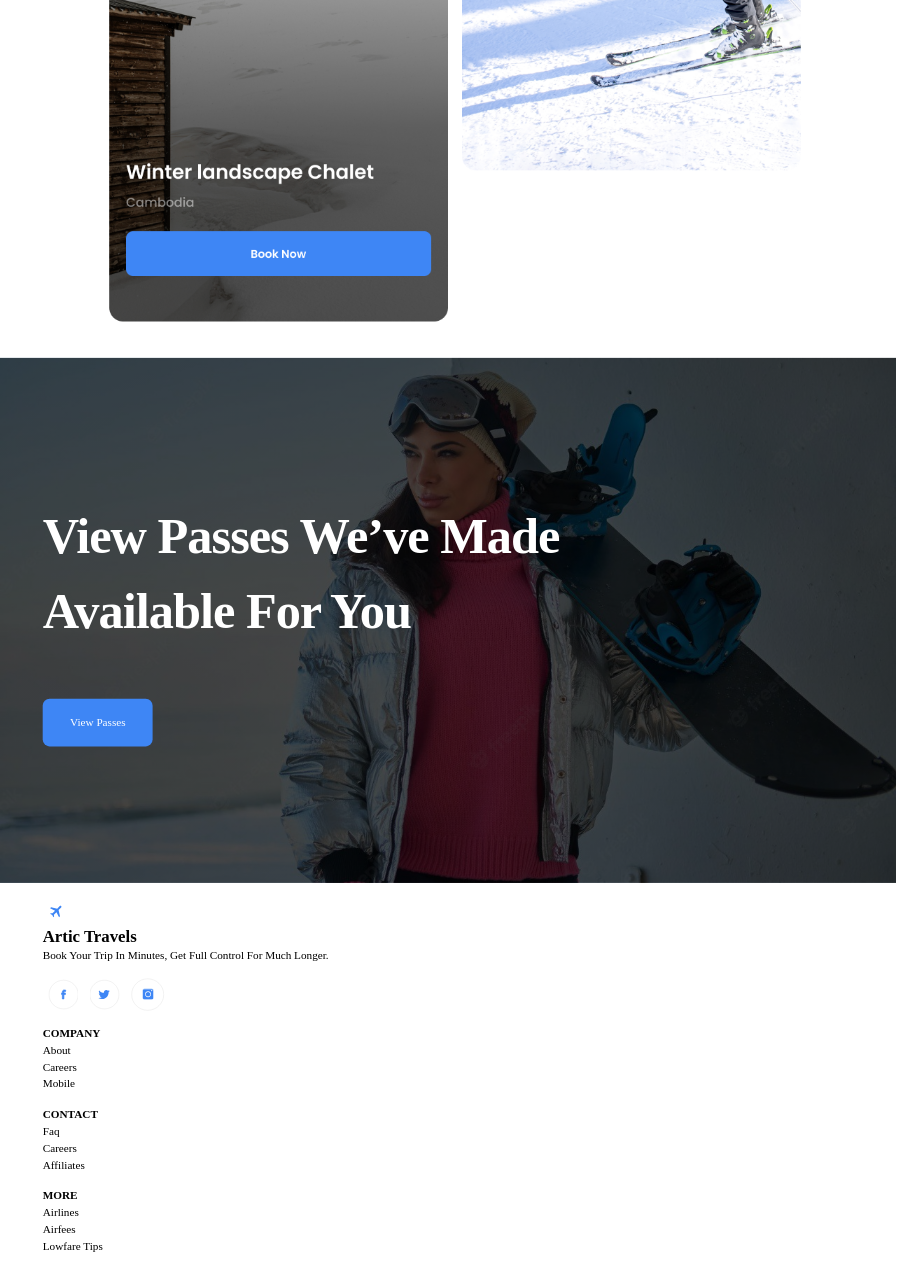
Repository: swissjake/arctic-travel-agency
Page: /
The author's editor kept a copy of each file at every save. The page is drawn from the files as they stood at one save, then again after a run of saves.
The browser window is 1280 px wide. The page is 1300 px wide, so the pictures cover 1300 px, including what lies to the right of the window. The pictures show the part of the page from y = 4016 to 5896 px (the page is 5848 px tall before and 5896 px after), at 70% of full size.
The project was rebuilt for these pictures with package versions that can differ from the ones it lists, and the page was loaded fresh each time. Also part of the build but not shown: src/App.css.

Above is the page before, as saved 2022-05-04 12:50:05.

After the next 2 saves:
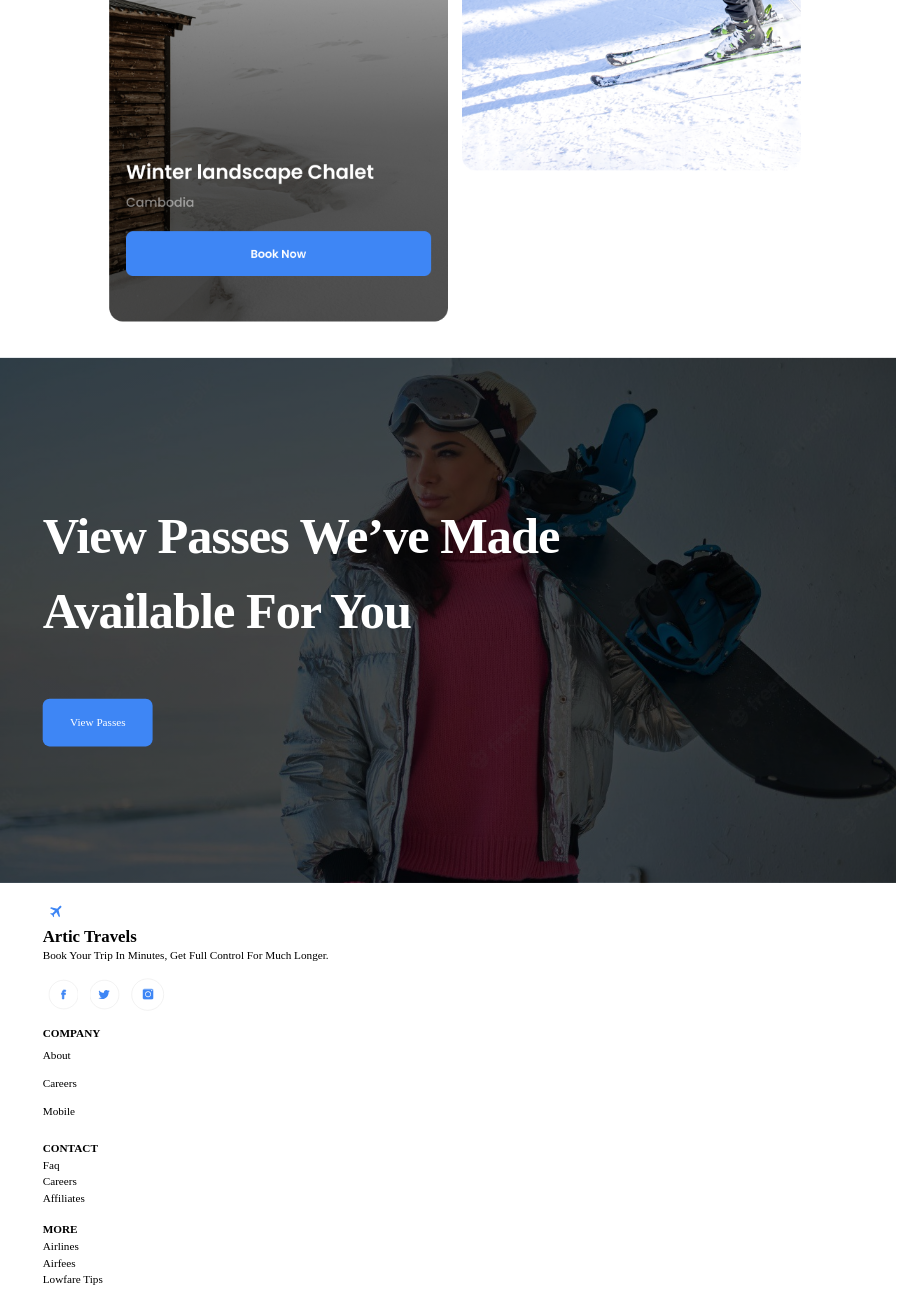
The 2 saves are shown as one change because they came seconds apart.
The last was saved 20 s later.
--- a/src/components/Footer/Footer.tsx
+++ b/src/components/Footer/Footer.tsx
@@ -35,7 +35,7 @@ control for much longer.</p>
   <h2 className="font-bold uppercase">company</h2>
   <ul>
     {company.map((item,index)=>(
-      <li className="capitalize">{item}</li>
+      <li className="capitalize leading-10">{item}</li>
     ))}
   </ul>
 </div>
